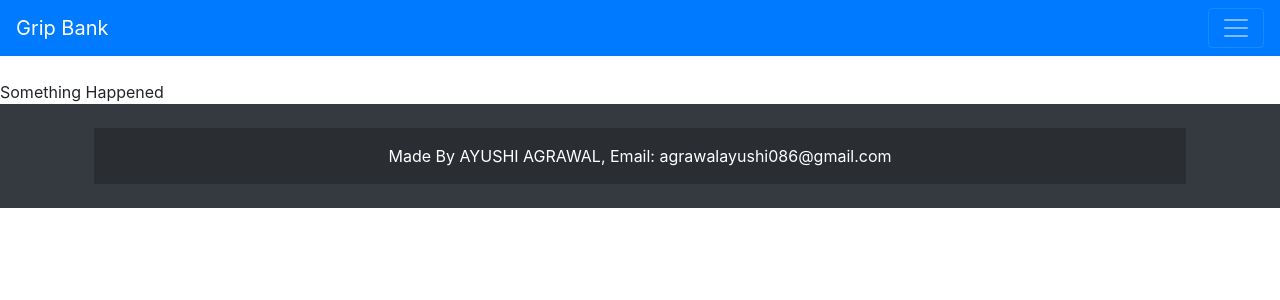
Repository: ayushiagrawal083/BasicBankingSystem
Page: http://localhost/Bank/viewprofile.jsp
These files come from the project's save history. The page is drawn as it stood at one moment and after the next save; the edit follows.
The browser window is 1280 px wide. The pictures show the whole page.
The page is served by Tomcat 9. Queries for data that is not in the repository find no rows.

Above is the page before, as saved 2022-10-21 10:47:13.
Console error: TypeError: Cannot read properties of undefined (reading 'fn')

### Bank/WebContent/viewprofile.jsp
<!DOCTYPE html>
<html>
<head>
	<meta http-equiv="Content-type" content="text/html" charset="utf-8"/>
	<link rel="stylesheet" href="https://stackpath.bootstrapcdn.com/bootstrap/4.3.1/css/bootstrap.min.css" integrity="sha384-ggOyR0iXCbMQv3Xipma34MD+dH/1fQ784/j6cY/iJTQUOhcWr7x9JvoRxT2MZw1T" crossorigin="anonymous">
<script src="https://stackpath.bootstrapcdn.com/bootstrap/4.3.1/js/bootstrap.min.js" integrity="sha384-JjSmVgyd0p3pXB1rRibZUAYoIIy6OrQ6VrjIEaFf/nJGzIxFDsf4x0xIM+B07jRM" crossorigin="anonymous"></script>
	<title>Welcome To Bank</title>
</head>
<body>

<nav class="navbar navbar-dark bg-primary">
  <a class="navbar-brand" href="index.html">Grip Bank</a>
  <button class="navbar-toggler" type="button" data-toggle="collapse" data-target="#navbarSupportedContent" aria-controls="navbarSupportedContent" aria-expanded="false" aria-label="Toggle navigation">
    <span class="navbar-toggler-icon"></span>
  </button>

  <div class="collapse navbar-collapse" id="navbarSupportedContent">
    <ul class="navbar-nav mr-auto">
      <li class="nav-item">
        <a class="nav-link" href="index.html">Home</a>
      </li>
       <li class="nav-item">
        <a class="nav-link" href="allUsers.jsp">View All Customers</a>
      </li>
       <li class="nav-item">
        <a class="nav-link" href="transactiontable.jsp">Transaction History</a>
      </li>
      <li class="nav-item">
        <a class="nav-link" href="sendmoney.html">Send Money</a>
      </li>
       <li class="nav-item">
        <a class="nav-link" href="newuser.html">New User</a>
      </li>

  </div>
</nav>
<br />
<%@page import="java.sql.ResultSet" %>
<%@page import="java.sql.Statement" %>
<%@page errorPage="errorpage.jsp" %>
<%@include file="database.jsp" %>
<%
        String email=request.getParameter("email");
			String qr="select * from customer where email=?";
			PreparedStatement ps=con.prepareStatement(qr);
			ps.setString(1,email);
			ResultSet rs= ps.executeQuery();


			if(rs.next())
			{
				%>
				<style>
				table
						{
							width: 950px;
							border-collapse: collapse;
						}
				th
						{
							height: 50px;
							background-color: yellow;;
						    text-align: center;
						}
				tr
						{
							text-align: center;


				}
				</style>
					<table align="center" border="1px">
					<tr>

					<th>Name</th>
					<th>Email</th>
					<th>Current Account Balance</th>
					<th></th>

					</tr>
					<%
					do
					{



						String name=rs.getString("name");
						String bal=rs.getString("bal");

						%><tr>
						<td><%=name %></td>
						<td><%=email %></td>
						<td><%=bal %></td>
						<td><a href="sendmoney.html?email=<%=email %>">Send Money</a></td>
						</tr>
						<%
					}while(rs.next());
					%>
					</table>
					<%
				}
				else
				{
				  out.println("Something Happened");
				}
				con.close();
				%>
				<footer class="bg-dark text-center text-white">

  <div class="container p-4 pb-0">
  <div class="text-center p-3" style="background-color: rgba(0, 0, 0, 0.2);"> Made By AYUSHI AGRAWAL,  Email: agrawalayushi086@gmail.com

  </div>

</footer>
<script src="https://code.jquery.com/jquery-3.3.1.slim.min.js" integrity="sha384-q8i/X+965DzO0rT7abK41JStQIAqVgRVzpbzo5smXKp4YfRvH+8abtTE1Pi6jizo" crossorigin="anonymous"></script>
<script src="https://cdnjs.cloudflare.com/ajax/libs/popper.js/1.14.7/umd/popper.min.js" integrity="sha384-UO2eT0CpHqdSJQ6hJty5KVphtPhzWj9WO1clHTMGa3JDZwrnQq4sF86dIHNDz0W1" crossorigin="anonymous"></script>
<script src="https://stackpath.bootstrapcdn.com/bootstrap/4.3.1/js/bootstrap.min.js" integrity="sha384-JjSmVgyd0p3pXB1rRibZUAYoIIy6OrQ6VrjIEaFf/nJGzIxFDsf4x0xIM+B07jRM" crossorigin="anonymous"></script>
</body>
</html>

### Bank/WebContent/database.jsp
<%@page errorPage="errorpage.jsp" %>
<%@page import= "java.sql.Connection" %>
<%@page import= "java.sql.DriverManager" %>
<%@page import= "java.sql.PreparedStatement" %>
<%
Class.forName("com.mysql.jdbc.Driver");
Connection con=DriverManager.getConnection("jdbc:mysql://localhost:3307/sparksfound","root","root");
%>

After the next save:
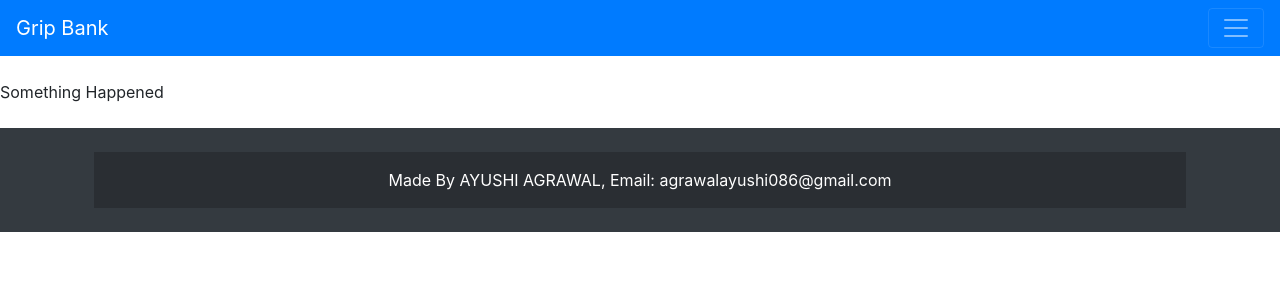
Saved 37 s later.
--- a/Bank/WebContent/viewprofile.jsp
+++ b/Bank/WebContent/viewprofile.jsp
@@ -104,7 +104,7 @@
 				  out.println("Something Happened");
 				}
 				con.close();
-				%>
+				%><br /><br />
 				<footer class="bg-dark text-center text-white">
 
   <div class="container p-4 pb-0">
